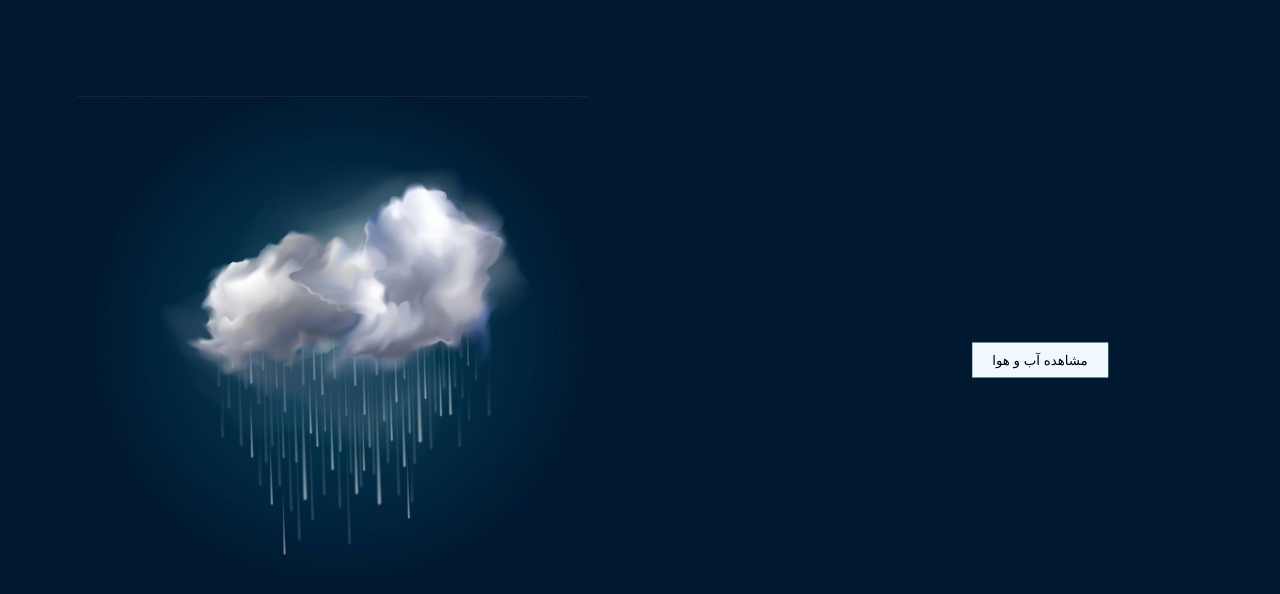
Repository: fateme81yosefi/weather
Page: landing/Landing.html
These files come from the project's save history. The page is drawn as it stood at one moment and after a run of saves; the edit follows.
The browser window is 1280 px wide. The pictures show the whole page.

Above is the page before, as saved 2025-02-02 16:46:27.

### landing/Landing.html
<!doctype html>
<html lang="en">
	<head>
		<meta charset="utf-8">
		<meta name="viewport" content="width=device-width,initial-scale=1">
        <link rel="stylesheet" href="./style/landing.css">

		<title>هواشناسی</title>
	</head>
	<body>
        <div class="container-landing">
            <div class="contain-btn">
                <button class="go-to-weather">مشاهده آب و هوا</button>
            </div>

        </div>


		<script src="./js/landing.js"></script>
	</body>

</html>

### landing/style/landing.css
body {
  margin: 0 !important;
  padding: 0;
  overflow: hidden;
  background-color: #001830;
}
.container-landing {
  background-image: url("../images/bg.jpg");
  background-position: center;
  background-size: 100%;
  background-repeat: no-repeat;
  height: 100vh;
  margin: 0;
  padding: 0;
}

.contain-btn {
  background-color: aqua;
  position: absolute;
  top: 50%;
  left: 50%;
  transform: translate(-50%, -50%) translateX(400px);
}
.go-to-weather {
  background-color: aliceblue;
  border: none;
  padding: 10px 20px;
}
@media screen and (min-width: 1200px) {
  .container-landing {
    background-position: left;
    background-size: 40%;
    background-position: 10%;
  }
}

Loaded but not shown: landing/js/landing.js (no stored copy; drawn as an empty file)

After the next 3 saves:
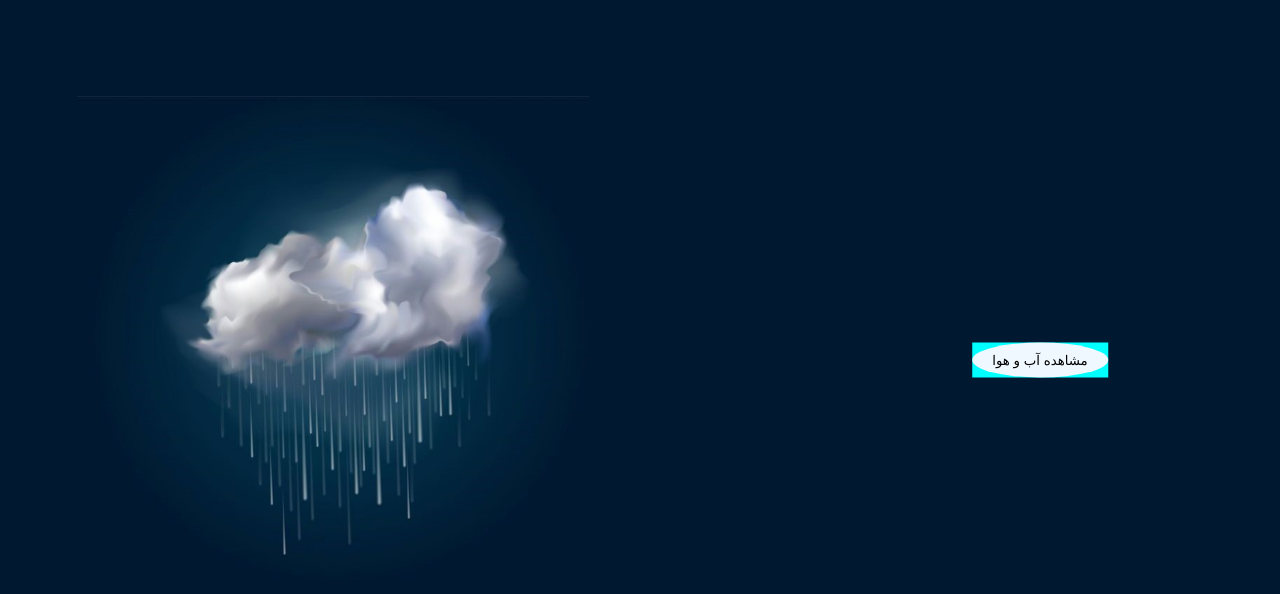
The 3 saves are shown as one change because they came seconds apart.
The last was saved 13 s later.
--- a/landing/style/landing.css
+++ b/landing/style/landing.css
@@ -24,6 +24,7 @@ body {
 .go-to-weather {
   background-color: aliceblue;
   border: none;
+  border-radius: 100%;
   padding: 10px 20px;
 }
 @media screen and (min-width: 1200px) {
